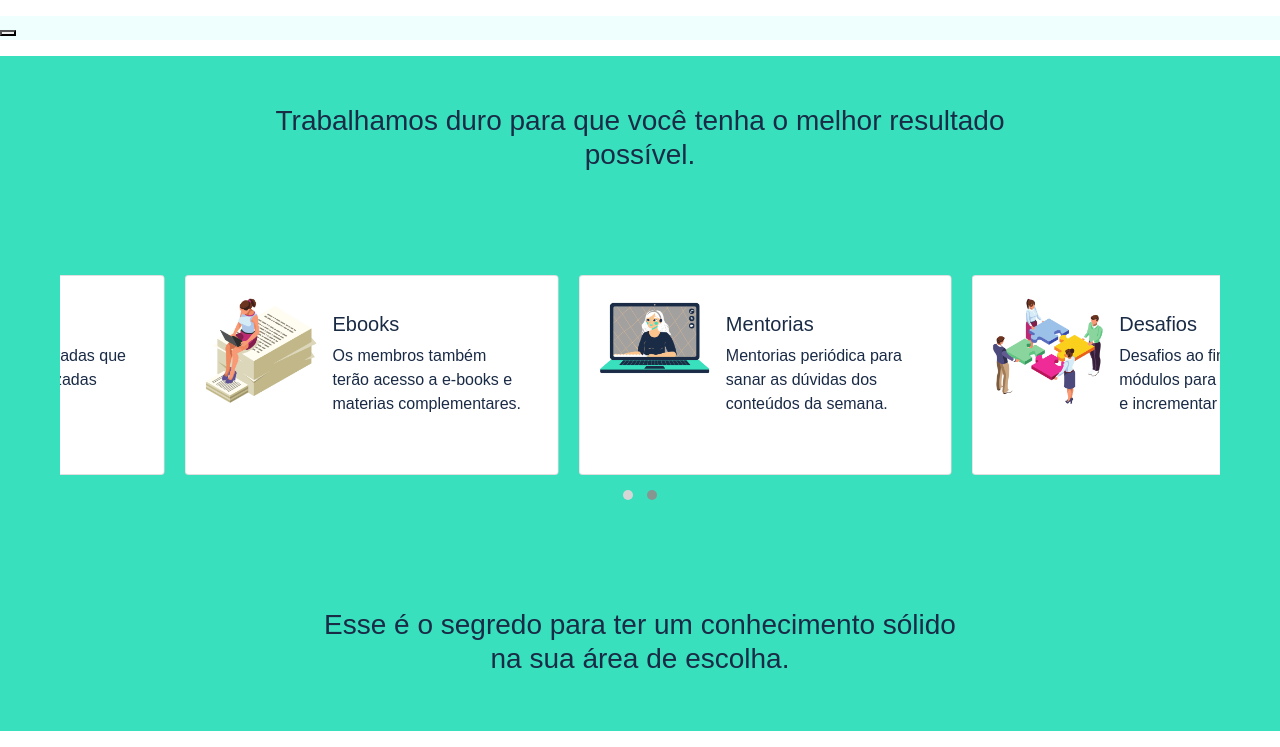
Repository: MarTech-Coders-Planejamento/site-oficial
Page: home.html
The author's editor kept a copy of each file at every save. The page is drawn from the files as they stood at one save, then again after the next save.
The browser window is 1280 px wide. The pictures show the whole page.
Some web fonts or font styles are not loaded; a fallback is used.

Above is the page before, as saved 2021-10-25 20:03:26.

After the next save:
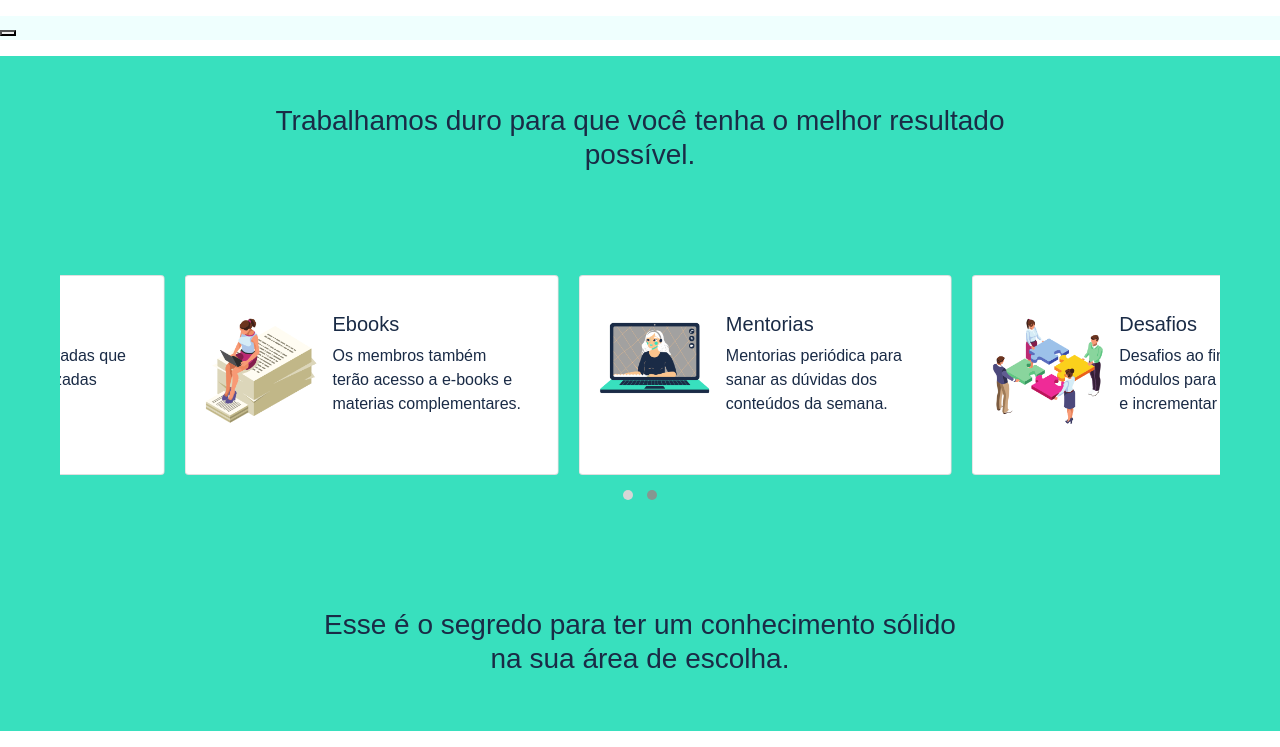
Saved 14 s later.
--- a/css/home.css
+++ b/css/home.css
@@ -24,3 +24,7 @@
 }
 
 /* Slider Container*/
+
+#image-container{
+  padding-top: 20px;
+}
